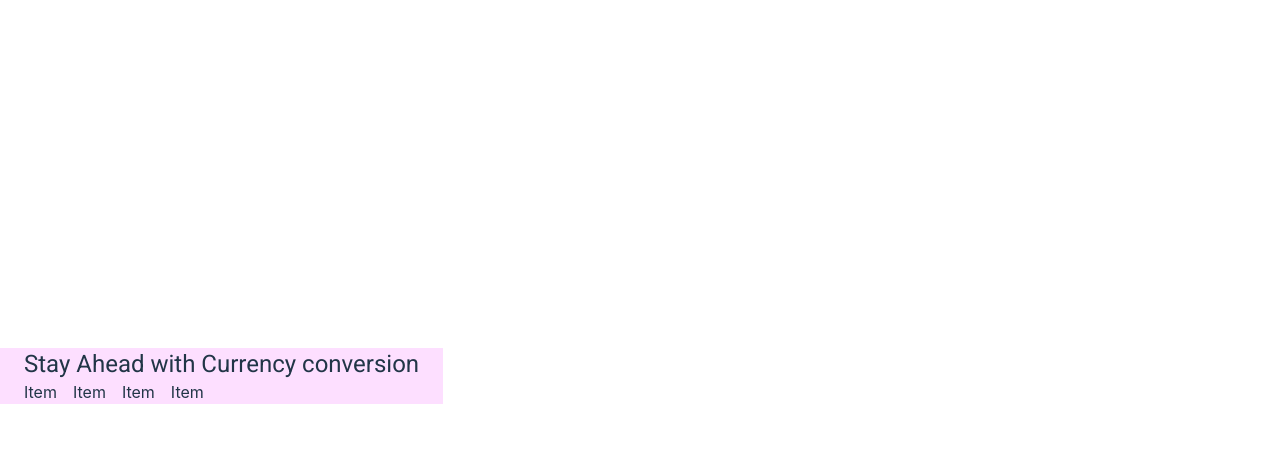
Repository: Asad-devv/CURRENCY
Page: /
The author's editor kept a copy of each file at every save. The page is drawn from the files as they stood at one save, then again after a run of saves.
The browser window is 1280 px wide. The pictures show the whole page.
The project was rebuilt for these pictures with package versions that can differ from the ones it lists, and the page was loaded fresh each time. Also part of the build but not shown: craco.config.js.

Above is the page before, as saved 2023-03-01 21:41:47.

### src/main.jsx
import React from 'react'
import ReactDOM from 'react-dom/client'
import App from './App'
import './index.css'
import '@fontsource/roboto/300.css';
import '@fontsource/roboto/400.css';
import '@fontsource/roboto/500.css';
import '@fontsource/roboto/700.css';


ReactDOM.createRoot(document.getElementById('root')).render(
  <React.StrictMode>
    <App />
  </React.StrictMode>,
)

### src/App.jsx
import { Button, Container,Typography,Grid } from "@mui/material";
import { useState } from "react";
import reactLogo from "./assets/react.svg";
import InputAmount from "./components/InputAmount";
import SelectCountry from "./components/selectCountry";
import SwitchCurrency from "./components/SwitchCurrency";
// import './App.css'

function App() {
  const [count, setCount] = useState(0);

  return (
    <Container maxWidth="md" sx={{ background: "#fddfff" }}>
      <Typography variant = "h5"sx={{mt:"2rem"}}>Stay Ahead with Currency conversion</Typography>
      <Grid container spacing ={2}>
        <InputAmount/>
        <SelectCountry/>
        <SwitchCurrency/>
        <SelectCountry/>
      </Grid>
    </Container>
  );
}

export default App;

### src/components/InputAmount.jsx
import React from 'react'

import {Grid } from "@mui/material"
const InputAmount = () => {
  return (
    <Grid item>
    Item
  </Grid>
  )
}

export default InputAmount

### src/components/selectCountry.jsx
import React from 'react'
import {Grid } from "@mui/material"
const SelectCountry = () => {
  return (
    <Grid item>
    Item
  </Grid>
  )
}

export default SelectCountry

### src/components/SwitchCurrency.jsx
import React from 'react'
import {Grid } from "@mui/material"
const SwitchCurrency = () => {
  return (
    <Grid item>
    Item
  </Grid>
  )
}

export default SwitchCurrency

Loaded but not shown: index.html (common file); src/index.css (common file)

After the next 5 saves:
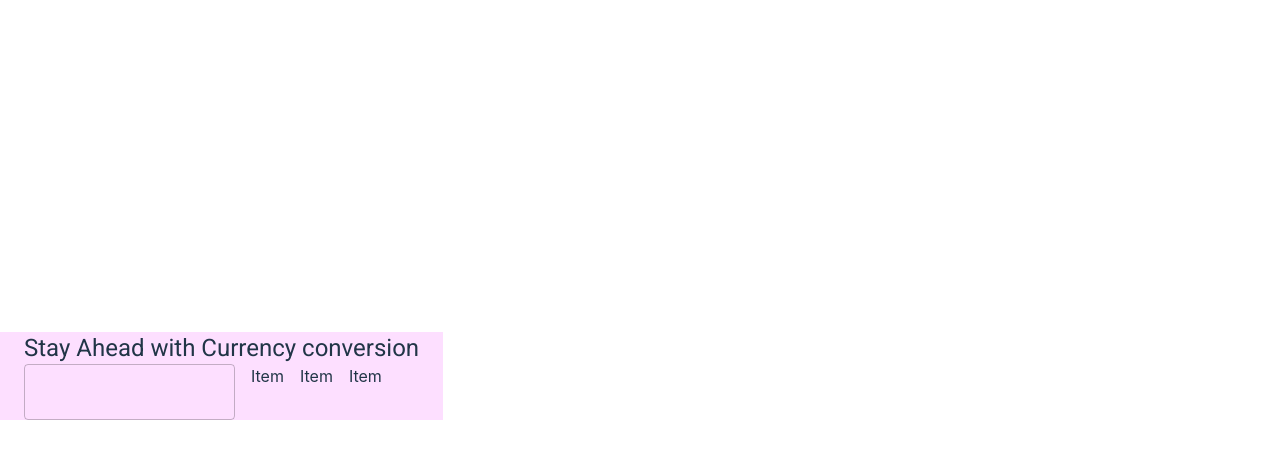
The 5 saves are shown as one change because 3 did not build or start and some came seconds apart.
The last was saved 53 s later.
--- a/src/components/InputAmount.jsx
+++ b/src/components/InputAmount.jsx
@@ -1,10 +1,10 @@
 import React from 'react'
 
-import {Grid } from "@mui/material"
+import {Grid, TextField } from "@mui/material"
 const InputAmount = () => {
   return (
     <Grid item>
-    Item
+    <TextField></TextField>
   </Grid>
   )
 }
